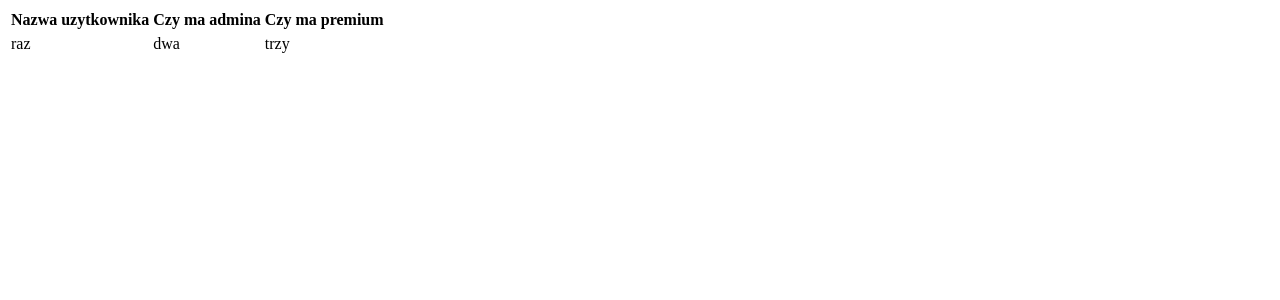
Repository: KonChrza/Zad2JAva1
Page: http://localhost/zad2/userTable.jsp
An editor plug-in stored every save of this project. The page is shown before and after the next save, followed by the edit.
The browser window is 1280 px wide. The pictures show the whole page.
Some web libraries are served in a nearby version. The page is served by Tomcat 9. Other server files are loaded and not shown.

Above is the page before, as saved 2019-04-13 10:48:54.

### zad2/src/main/webapp/userTable.jsp
<%@ page language="java" contentType="text/html; charset=ISO-8859-1"
    pageEncoding="ISO-8859-1"%>
<!DOCTYPE html>
<html>
<head>

<meta charset="ISO-8859-1">
<title class="xd">XD</title>
</head>
<body>
<table id="userTable">
<tr>
<th>Nazwa uzytkownika</th>
<th>Czy ma admina</th>
<th>Czy ma premium</th>
</tr>
<tr>
</tr>

</table>
<script src="https://ajax.googleapis.com/ajax/libs/jquery/2.1.1/jquery.min.js"></script>
<script>
var xd = <%out.println((String)session.getAttribute("table"));%>
var table = document.getElementById("userTable");
$('#userTable').append("<tr><td>"+"raz"+"</td><td>"+"dwa"+"</td><td>"+"trzy"+"</td></tr>");
</script>
</body>
</html>

After the next save:
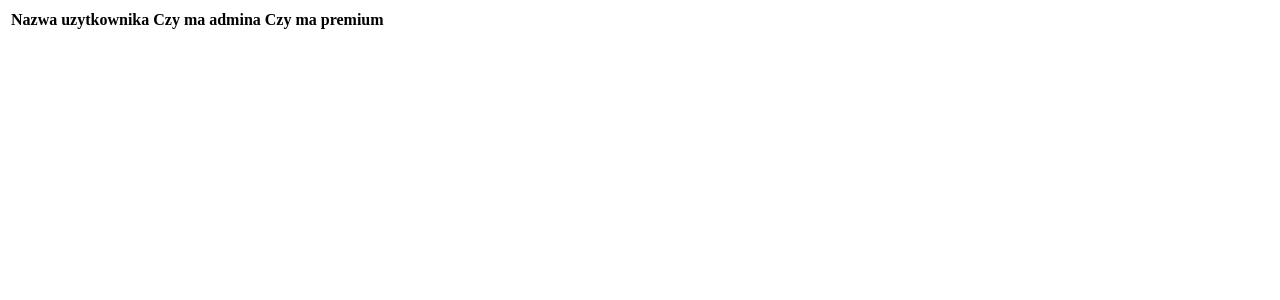
Console error: TypeError: Cannot read properties of null (reading 'forEach')
Saved 7 min 17 s later.
--- a/zad2/src/main/webapp/userTable.jsp
+++ b/zad2/src/main/webapp/userTable.jsp
@@ -21,8 +21,13 @@
 <script src="https://ajax.googleapis.com/ajax/libs/jquery/2.1.1/jquery.min.js"></script>
 <script>
 var xd = <%out.println((String)session.getAttribute("table"));%>
-var table = document.getElementById("userTable");
-$('#userTable').append("<tr><td>"+"raz"+"</td><td>"+"dwa"+"</td><td>"+"trzy"+"</td></tr>");
+
+xd.forEach(function(user){
+	if(user.Credencials.IsPremium===true){
+	$('#userTable').append("<tr><td>"+user.Name
+			+"</td><td>"+user.Credencials.IsAdmin+"</td><td>"
+				+user.Credencials.IsPremium+"</td></tr>");}
+});
 </script>
 </body>
 </html>
